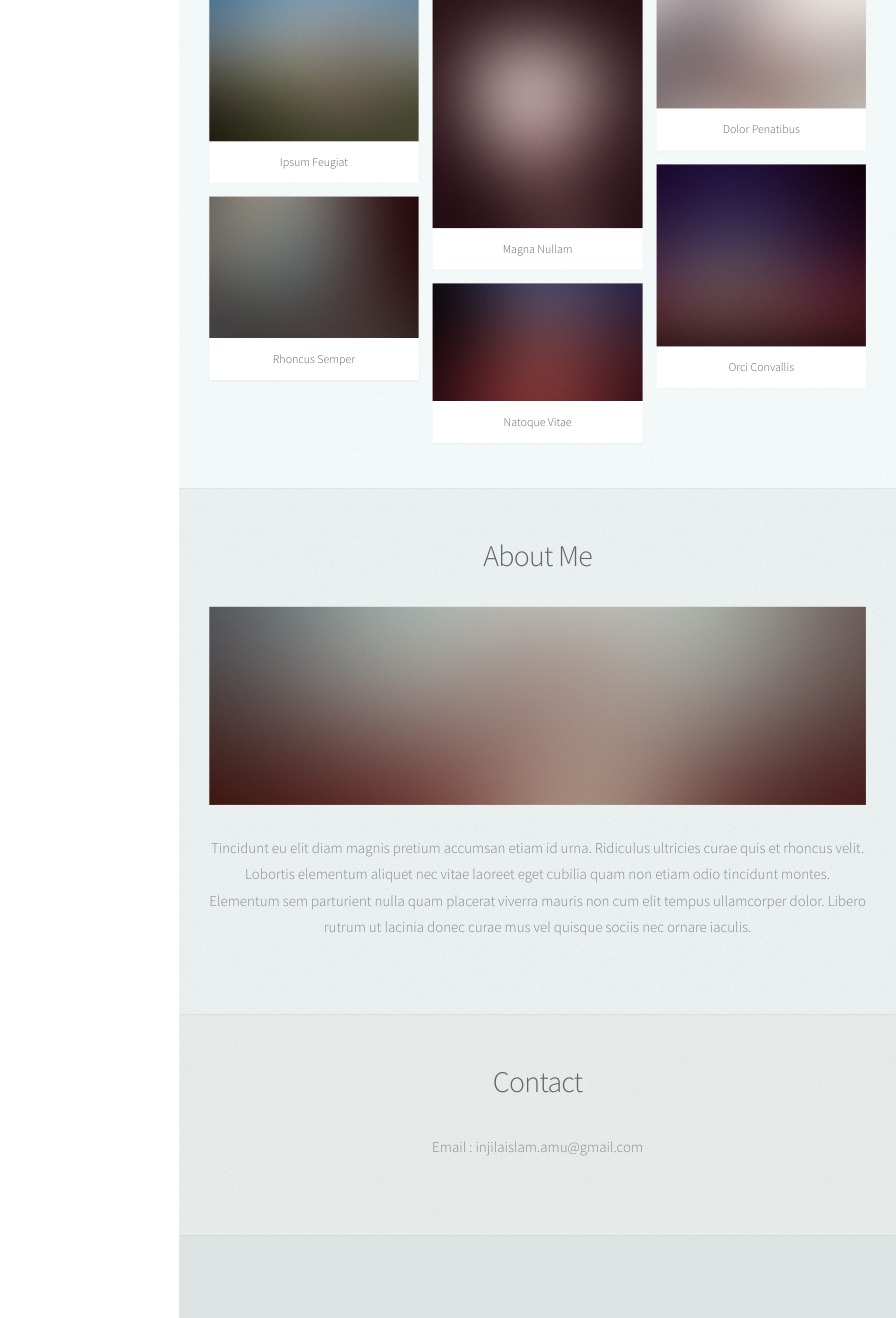
Repository: IslamInjila/new_portfolio
Page: index.html
An editor plug-in stored every save of this project. The page is shown before and after the next save, followed by the edit.
The browser window is 1280 px wide. The pictures show the part of the page from y = 877 to 2797 px (the page is 2760 px tall before and 2797 px after), at 70% of full size.

Above is the page before, as saved 2021-03-06 14:09:10.

After the next save:
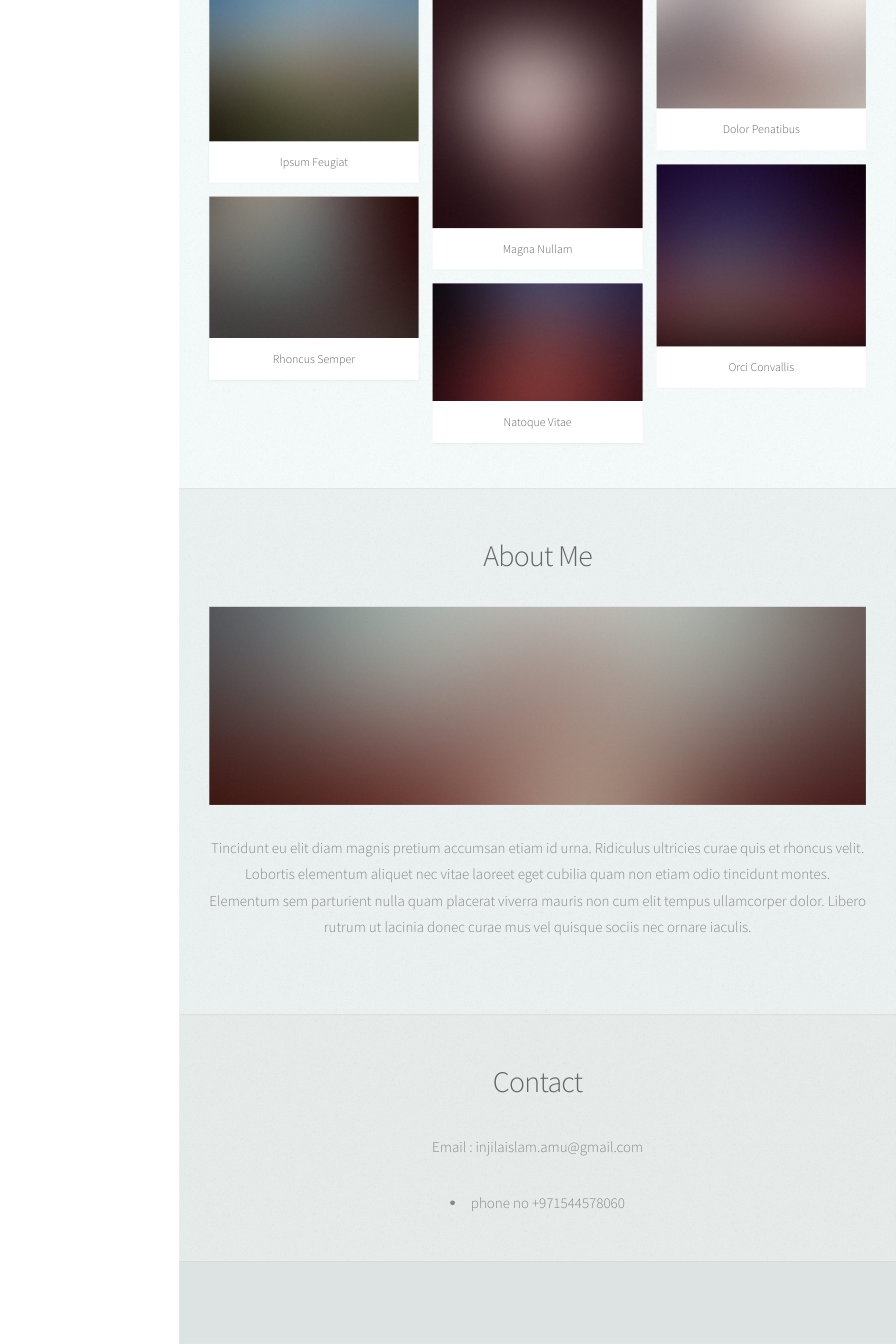
Saved 34 s later.
--- a/index.html
+++ b/index.html
@@ -162,6 +162,7 @@
 								<h2>Contact</h2>
 							</header>
 							<P> Email : injilaislam.amu@gmail.com</P>
+							<li>phone no  +971544578060</li>
 
 							<!-- <p>Elementum sem parturient nulla quam placerat viverra
 							mauris non cum elit tempus ullamcorper dolor. Libero rutrum ut lacinia
